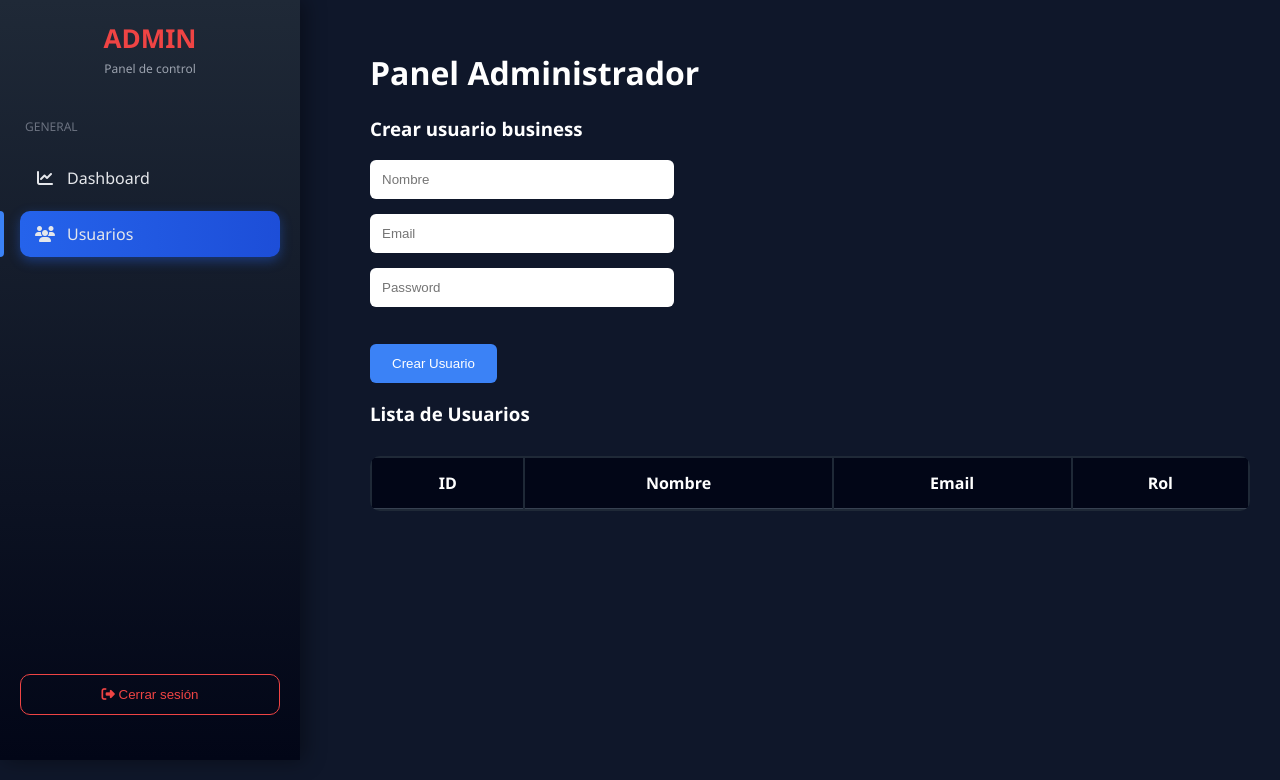
Repository: BrianCarringtom/menuqr
Page: http://localhost/admin/users
The author's editor kept a copy of each file at every save. The page is drawn from the files as they stood at one save, then again after the next save.
The browser window is 1280 px wide. The pictures show the whole page.
The page is served by the project's Laravel application, run on PHP 8.4 with Laravel 12. A made-up administrator, Test User (test@example.com), is signed in. Queries for data that is not in the repository find no rows.

Above is the page before, as saved 2026-03-21 17:36:57.

After the next save:
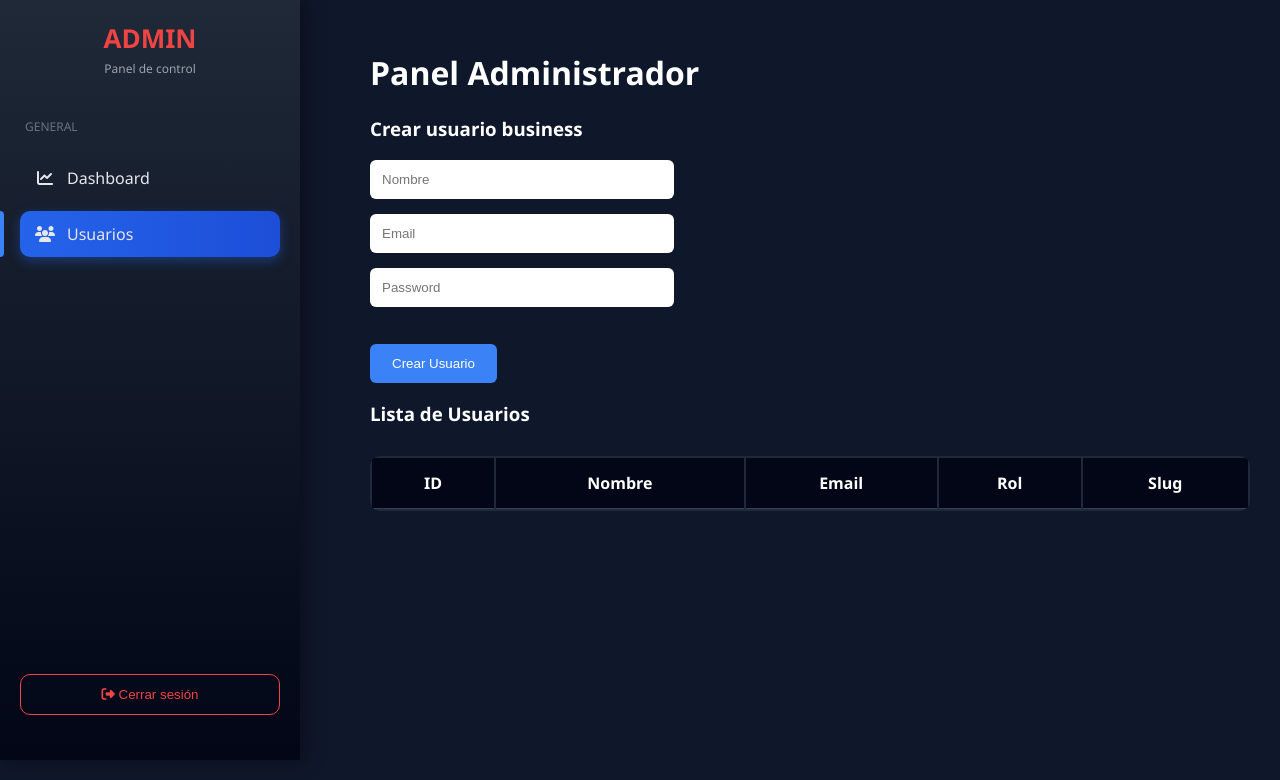
Saved 7 min 13 s later.
--- a/resources/views/admin/users.blade.php
+++ b/resources/views/admin/users.blade.php
@@ -24,6 +24,7 @@
                 <th>Nombre</th>
                 <th>Email</th>
                 <th>Rol</th>
+                <th>Slug</th> <!-- 👈 NUEVO -->
             </tr>
         </thead>
         <tbody>
@@ -33,6 +34,7 @@
                     <td>{{ $user->name }}</td>
                     <td>{{ $user->email }}</td>
                     <td>{{ $user->role }}</td>
+                    <td>{{ $user->slug }}</td> <!-- 👈 NUEVO -->
                 </tr>
             @endforeach
         </tbody>
